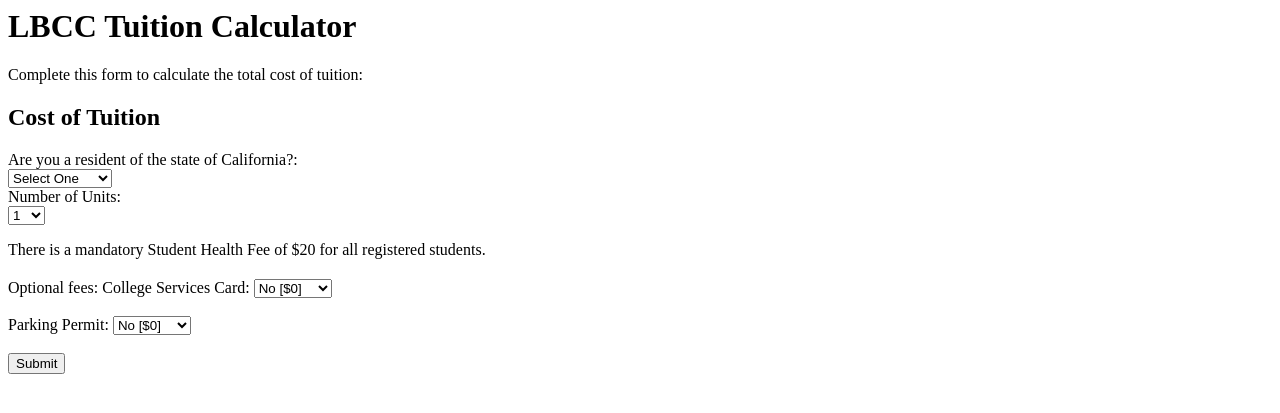
Repository: lilliebee/COSW30
Page: homework/homework3/tuition_calculator.html
The author's editor kept a record of every edit. The page is drawn from the files as they stood at one moment, then again after the next edit.
The browser window is 1280 px wide. The pictures show the whole page.

Above is the page before.

### homework/homework3/tuition_calculator.html
<html>
    <head>
        <meta charset="UTF-8">
        <title>Homework 3</title>
    </head>
    <body>
        <h1>LBCC Tuition Calculator</h1>
        <p>Complete this form to calculate the total cost of tuition:</p>

        <form action="process_tuition.php" method="POST" target="_blank">
             <h2>Cost of Tuition</h2>
            <div class = "label"><label for="residency">Are you a resident of the state of California?: </div>
            <div class="field"><select name="resident" id="resident" required>
                <option value="" selected disabled> Select One</option>
                <option value="Yes">Resident</option>
                <option value="No">Non-Resident</option>
            </select>
            </div>


            <div class = "label"> <label for="units">Number of Units:</label></div>
            <div class = "input"><select name="units" required>
                <option value="1">1</option>
                <option value="2">2</option>
                <option value="3">3</option>
                <option value="4">4</option>
                <option value="5">5</option>
                <option value="6">6</option>
                <option value="7">7</option>
                <option value="8">8</option>
                <option value="9">9</option>
                <option value="10">10</option>
                <option value="11">11</option>
                <option value="12">12</option>
                <option value="13">13</option>
                <option value="14">14</option>
                <option value="15">15</option>
                <option value="16">16</option>
                <option value="17">17</option>
                <option value="18">18</option>
                <option value="19">19</option>
                <option value="20">20</option>
                <option value="21">21</option>
            </select></div>
            <p>There is a mandatory Student Health Fee of $20 for all registered students.</p>

            <h2></h2>Optional fees:</h2>
            <label for="services">College Services Card: <select name="services">
                <option value="0">No [$0]</option>
                <option value="20">Yes [$20]</option>
            </select></label><br>
            <br>
            <label for="parking">Parking Permit: <select name="parking">
                <option value="0">No [$0]</option>
                <option value="30">Yes [$30]</option>
            </select></label><br>
            <br>
            <input type="submit" value="Submit">
        </form>
    </body>
</html>

After the next edit:
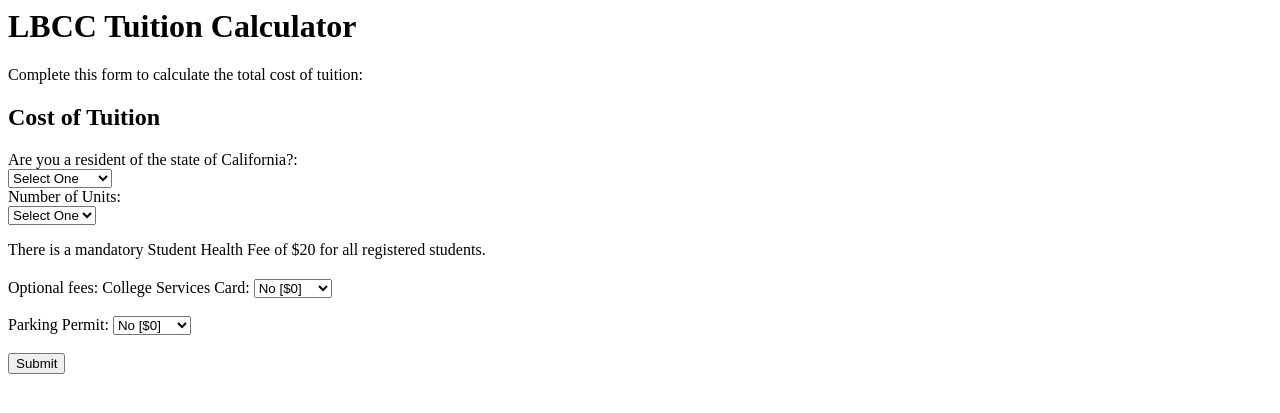
The edit:
--- a/homework/homework3/tuition_calculator.html
+++ b/homework/homework3/tuition_calculator.html
@@ -20,6 +20,7 @@
 
             <div class = "label"> <label for="units">Number of Units:</label></div>
             <div class = "input"><select name="units" required>
+                <option value="" selected disabled> Select One</option>
                 <option value="1">1</option>
                 <option value="2">2</option>
                 <option value="3">3</option>
